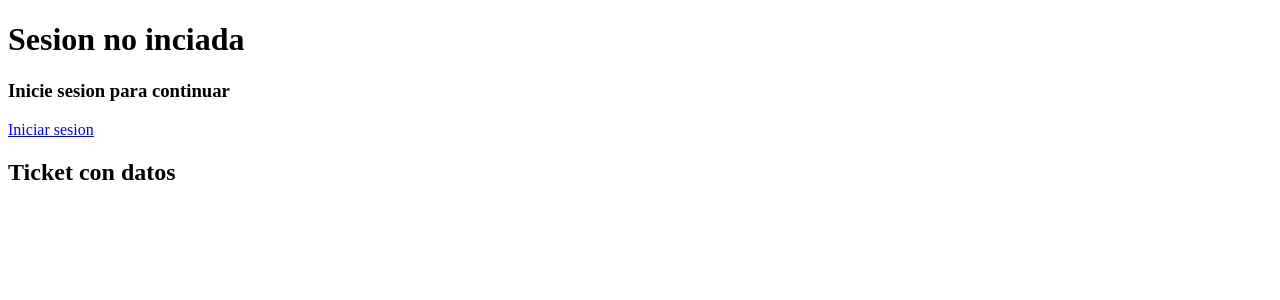
Repository: maxigarrett/2doAnio2doCuatrimestre
Page: http://localhost/primeraWeb1/ManejoSesiones/ticket.jsp
The author's editor kept a copy of each file at every save. The page is drawn from the files as they stood at one save, then again after the next save.
The browser window is 1280 px wide. The pictures show the whole page.
The page is served by Tomcat 9.

Above is the page before, as saved 2020-11-07 18:25:51.

### tec java eclipse/primeraWeb1/WebContent/ManejoSesiones/ticket.jsp
<%@ page language="java" contentType="text/html; charset=ISO-8859-1"
    pageEncoding="ISO-8859-1"%>
<!DOCTYPE html PUBLIC "-//W3C//DTD HTML 4.01 Transitional//EN" "http://www.w3.org/TR/html4/loose.dtd">
<html>
<head>
<meta http-equiv="Content-Type" content="text/html; charset=ISO-8859-1">
<title>Tiket</title>
</head>
<body>

	<%@ include file="sup.jsp" %>
	<h2>Ticket con datos</h2>

	<%
		String nombre = (String) session.getAttribute("NombreUsuario");
		String gamer = (String) session.getAttribute("pcgamer");
		String estandar = (String) session.getAttribute("pcestandar");
		String nootebooks = (String) session.getAttribute("pcnootebooks");
		String media = (String) session.getAttribute("pcmedia");


		if (nombre != null){
			out.print("<p>Nombre: "+nombre+ "</p>");
		}

		if (gamer != null){
			out.print("<p>pc: "+gamer+ "</p>");
		}
		if (estandar != null){
			out.print("<p>pc: "+estandar+ "</p>");
		}
		if (nootebooks != null){
			out.print("<p>pc: "+nootebooks+ "</p>");
		}
		if (media != null){
			out.print("<p>pc: "+media+ "</p>");
		}





		if (nombre != null){
			%>
				<a href="guardarArchivo.jsp">Guardar en txt</a>
			<%
		}
	%>



</body>
</html>

### tec java eclipse/primeraWeb1/WebContent/ManejoSesiones/sup.jsp
<html>


	<%
		String atr = (String) session.getAttribute("NombreUsuario");

		if(atr != null){
			%>
			<div style="background-color: darkgray; padding: 1em;">
				<label>Bienvenido <%= atr %></label>

				<a href="datos.jsp">Cargar sleccion de PC</a>
				<a href="software.jsp">seleccion de software</a>
				<a href="adicionales.jsp">elementos adicionales</a>
				<a href="ticket.jsp">Ver ticket</a>
				<a href="cerrarS.jsp" style="color: red;">Cerrar Sesion</a>

			</div>


			<%
		}
		else{
			%>
			<h1>Sesion no inciada</h1>
			<h3>Inicie sesion para continuar</h3>
			<a href="inicio.jsp">Iniciar sesion</a>

			<%
		}
	%>
</html>

After the next save:
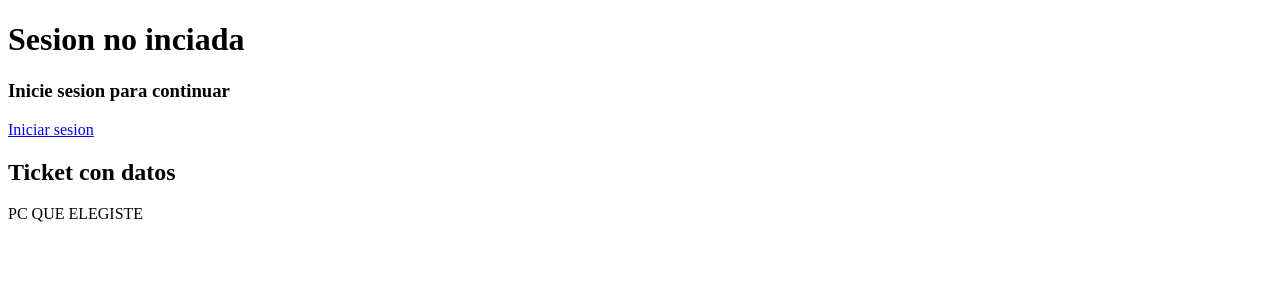
Saved 78 s later.
--- a/tec java eclipse/primeraWeb1/WebContent/ManejoSesiones/ticket.jsp
+++ b/tec java eclipse/primeraWeb1/WebContent/ManejoSesiones/ticket.jsp
@@ -18,7 +18,7 @@
 		String nootebooks = (String) session.getAttribute("pcnootebooks");
 		String media = (String) session.getAttribute("pcmedia");
 
-
+		out.print("<p>PC QUE ELEGISTE</p>");
 		if (nombre != null){
 			out.print("<p>Nombre: "+nombre+ "</p>");
 		}
